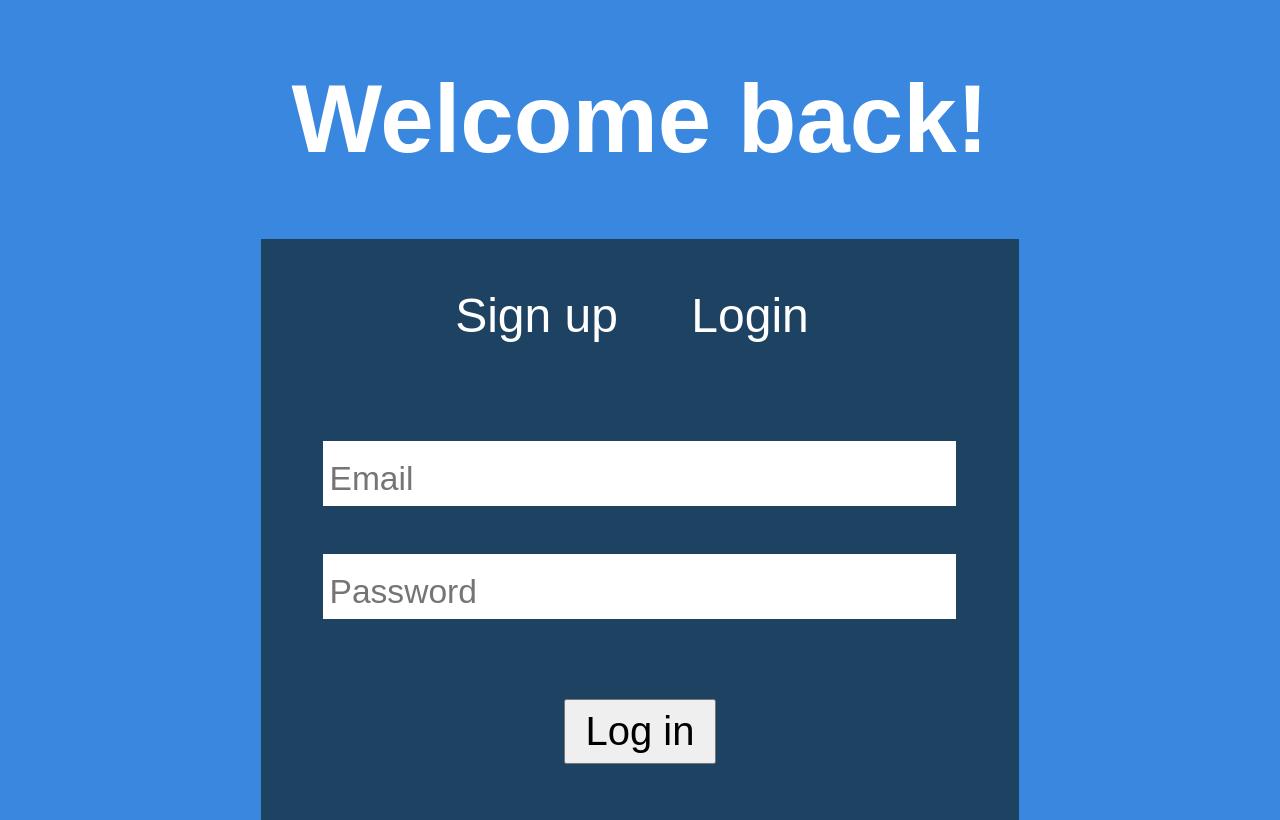
Repository: NicolasssCarlos/basic-flask-login
Page: http://localhost/
The author's editor kept a copy of each file at every save. The page is drawn from the files as they stood at one save, then again after the next save.
The browser window is 1280 px wide. The pictures show the whole page.
The page is served by the project's application, run on Flask 3 (app.py).

Above is the page before, as saved 2025-06-11 21:01:17.

### templates/index.html
<!DOCTYPE html>
<html lang="en">
<head>
    <meta charset="UTF-8">
    <meta name="viewport" content="width=device-width, initial-scale=1.0">


    <link rel="stylesheet" href="{{url_for('static', filename='main.css')}}">
    <title>Document</title>
</head>
<body class="login">


    <div class="container">


        <h1>Welcome back!</h1>


        <div class="log-in">


            <form method="post">


                <div class="buttons">


                    <button type="button" onclick="window.location.href='/signup'">Sign up</button>


                    <button type="button" onclick="window.location.href='/'">Login</button>



                </div>


                <div class="inputs">


                    <input type="email" name="email" placeholder="Email">


                    <input type="password" name="password" placeholder="Password">


                    <button type="submit">Log in</button>



                </div>



            </form>



        </div>


        {% if welcome %}


            {{ welcome }}


        {% elif error %}


            {{ error }}


        {% endif %}



    </div>



</body>
</html>

### app.py
from flask import Flask, render_template, request
import sqlite3



app = Flask(__name__)



connection = sqlite3.connect("users_log.db", check_same_thread=False)
cursor = connection.cursor()



cursor.execute("""
    CREATE TABLE IF NOT EXISTS users_log (
        id INTEGER PRIMARY KEY AUTOINCREMENT,
        name TEXT,
        username TEXT,
        email TEXT,
        password TEXT
    )
""")

@app.route("/", methods=["POST", "GET"])
def home():
    welcome = error = ""

    if request.method == "POST":
        email = request.form.get("email")
        password = request.form.get("password")

        cursor.execute("SELECT * FROM users_log WHERE email = ?", (email,))
        user_found = cursor.fetchone()

        if user_found:
            if user_found[4] == password:
                welcome = f"Welcome, {user_found[1]}"
            else:
                error = "Login failed. Incorrect email or password"

    return render_template("index.html", welcome=welcome, error=error)

@app.route("/signup", methods=["POST", "GET"])
def signup():
    errors = []
    welcome = ""

    if request.method == "POST":
        name = request.form.get("name")
        username = request.form.get("username")
        email = request.form.get("email")
        password = request.form.get("password")

        if name and username and email and password:
            cursor.execute("SELECT * FROM users_log WHERE email = ?", (email,))
            if cursor.fetchone():
                errors.append("Email is already in use")

            cursor.execute("SELECT * FROM users_log WHERE username = ?", (username,))
            if cursor.fetchone():
                errors.append("Username is already in use")

            if not errors:
                cursor.execute(
                    "INSERT INTO users_log (name, username, email, password) VALUES (?, ?, ?, ?)",
                    (name, username, email, password)
                )

                cursor.execute("SELECT * FROM users_log WHERE username = ?", (username,))
                user = cursor.fetchone()
                user_name = user[1]
                welcome = f"Welcome, {user_name}"

    return render_template("login.html", errors=errors, welcome=welcome)

if __name__ == "__main__":
    app.run(debug=True)

### static/main.css
.login {

    font-family: Arial, Helvetica, sans-serif;


    font-size: 3rem;


    background-color: #3a87df;


    color: #fff;


    margin-bottom: 0;



}


.login h1 {


    align-items: center;


    justify-content: center;


    text-align: center;



}


.login .container .log-in {


    background-color: #1e4262;


    color: #fff;


    width: 60%;


    margin-left: auto;


    margin-right: auto;


}


.inputs {



    display: flex;


    flex-direction: column;


    gap: 1rem;


    margin: 0 auto;

    margin-top: 2.1rem;


    align-items: center;


    justify-content: center;


    text-align: center;



}


.inputs input {


    font-size: 3rem;


    margin-bottom: 1rem;


    margin-top: 1rem;


    border: solid 0.3rem;


    border-color: #fff;
}


.inputs button {


    font-size: 2.5rem;


    width: 20%;


    align-items: center;


    justify-content: center;


    text-align: center;


    padding: 0.5rem;


    margin-top: 3rem;


    margin-bottom: 3.5rem;



}


.login .container .buttons {


    align-items: center;


    justify-content: center;


    text-align: center;



}


.buttons button {


    border: transparent;


    font-size: 3rem;


    background: transparent;


    color: #fff;


    margin-left: 1rem;

    margin-right: 2rem;


    cursor: pointer;


    margin-top: 3rem;


    margin-bottom: 3rem;



}


.inputs input::placeholder {


    font-size: 2.1rem;


}


.buttons button:hover {


    color: #595959;
}

After the next save:
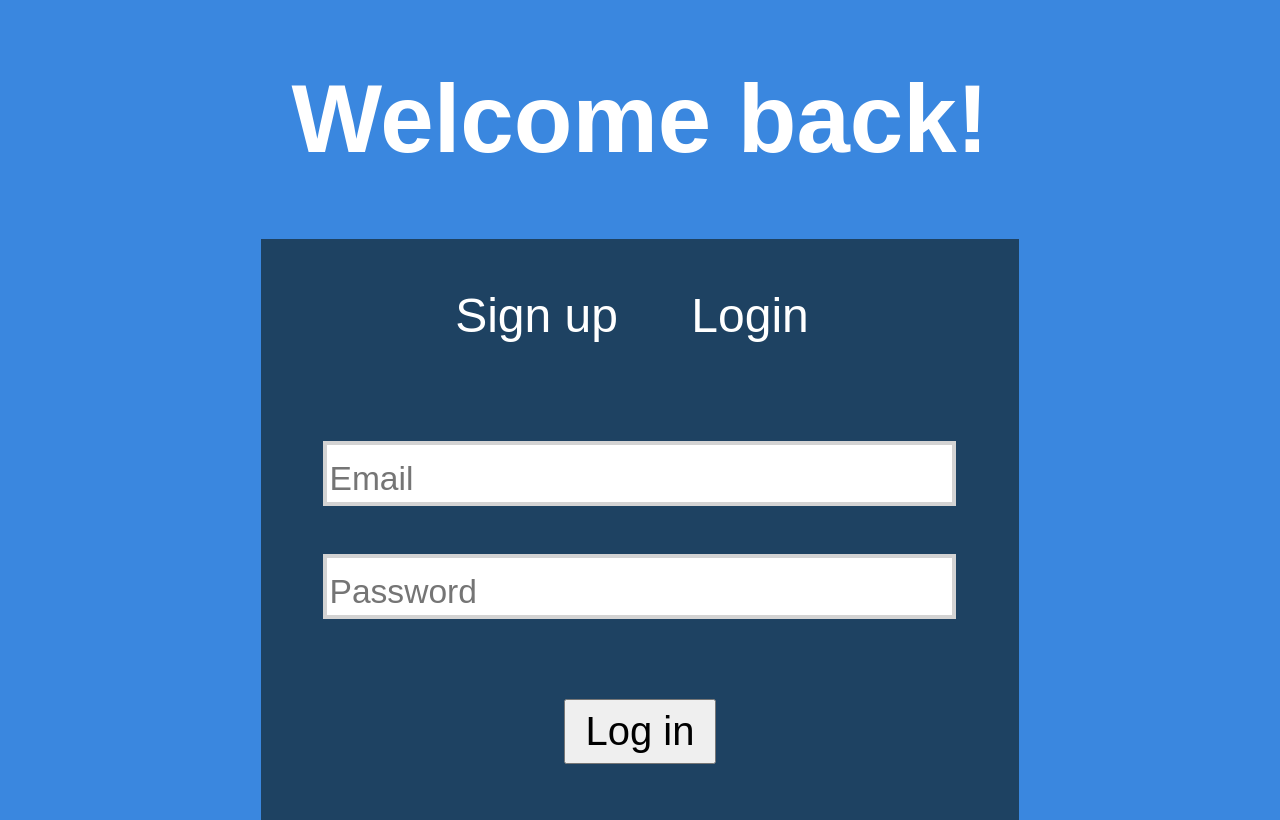
Saved 35 s later.
--- a/static/main.css
+++ b/static/main.css
@@ -102,7 +102,7 @@
     border: solid 0.3rem;
 
 
-    border-color: #fff;
+    border-color: #d3d3d3;
 }
 
 
